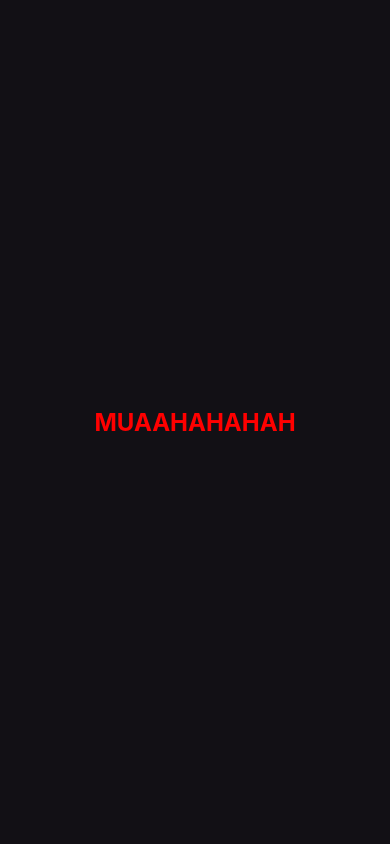
Repository: vagnereix/01-myskills-trilha-react-native
Screen: /
The author's editor kept a copy of each file at every save. The screen is drawn from the files as they stood at one save, then again after the next save.
The app was drawn by React Native's web renderer in a window 390 px wide. The project was rebuilt for these pictures with package versions that can differ from the ones it lists, and the page was loaded fresh each time.

Above is the screen before, as saved 2021-06-17 17:11:21.

After the next save:
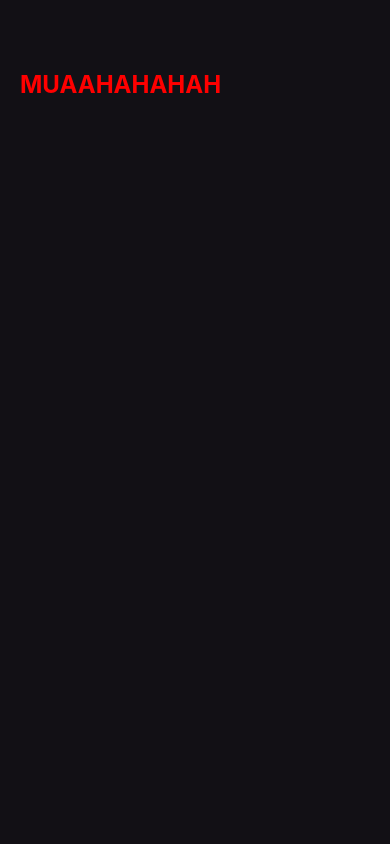
Saved 2 min 46 s later.
--- a/pages/home.tsx
+++ b/pages/home.tsx
@@ -5,7 +5,6 @@ export function Home() {
     return (
       <View style={styles.container}>
         <Text style={styles.title}>MUAAHAHAHAH</Text>
-        <Text></Text>
       </View>
     );
 }
@@ -13,8 +12,8 @@ export function Home() {
 const styles = StyleSheet.create({
     container: {
         flex: 1,
-        justifyContent: 'center',
-        alignItems: 'center',
+        paddingHorizontal: 20,
+        paddingVertical: 70,
         backgroundColor: '#121015'
     },
     title: {
